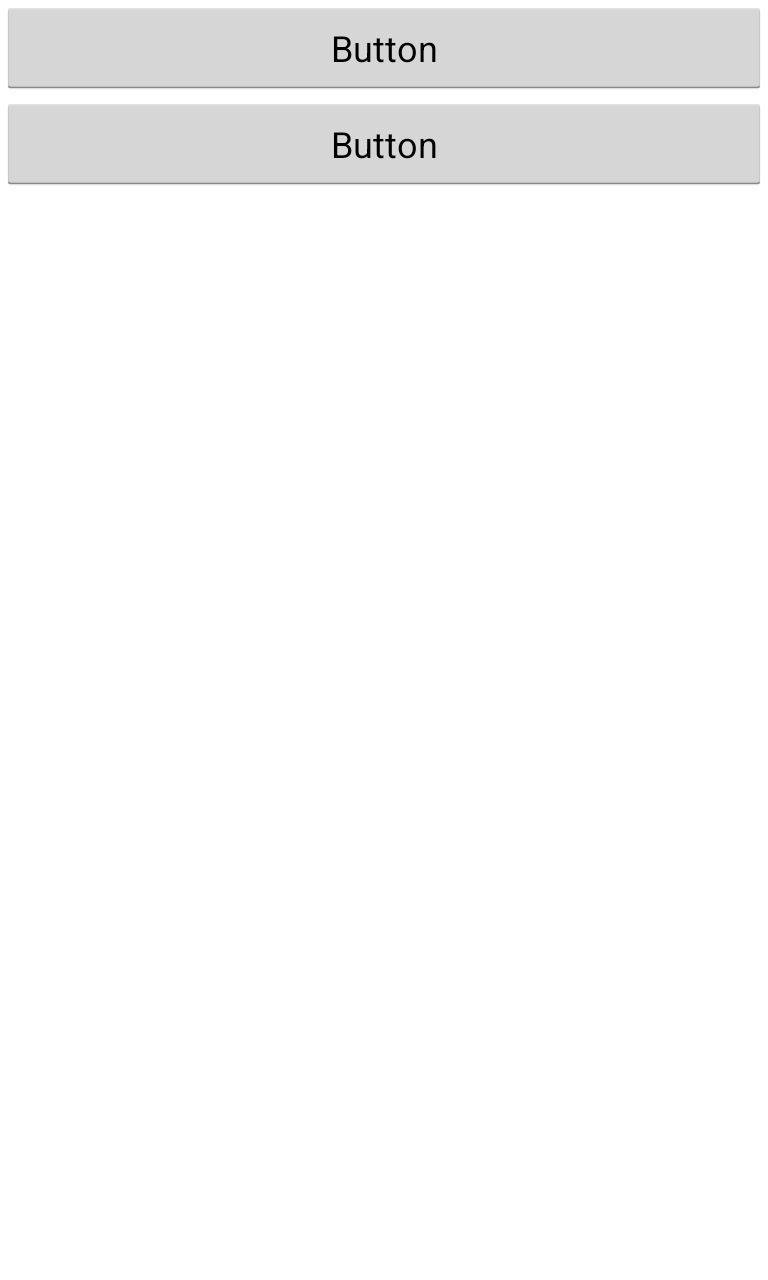
Repository: yashmoda/Android-Practice
Layout: FragmentExample1/res/layout/activity_main.xml
These files come from the project's save history. The layout is drawn as it stood at one moment and after the next save; the edit follows.
It is drawn on a 768 x 1280 px phone screen (xhdpi) without system bars, with theme AppTheme; the app's code is not run.

Above is the layout before, as saved 2017-06-14 05:43:30.

After the next save:
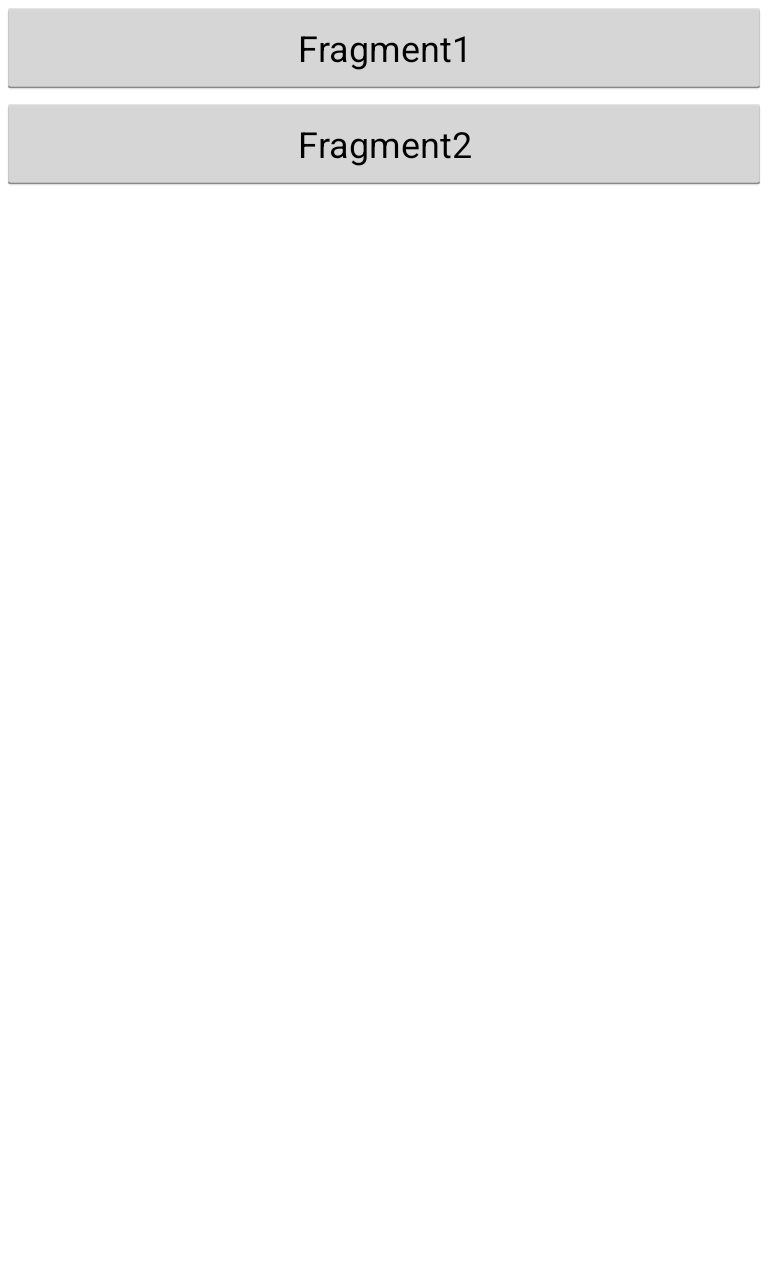
Saved 53 s later.
--- a/FragmentExample1/res/layout/activity_main.xml
+++ b/FragmentExample1/res/layout/activity_main.xml
@@ -9,12 +9,12 @@
         android:id="@+id/button1"
         android:layout_width="match_parent"
         android:layout_height="wrap_content"
-        android:text="Button" />
+        android:text="Fragment1" />
 
     <Button
         android:id="@+id/button2"
         android:layout_width="match_parent"
         android:layout_height="wrap_content"
-        android:text="Button" />
+        android:text="Fragment2" />
 
 </LinearLayout>
